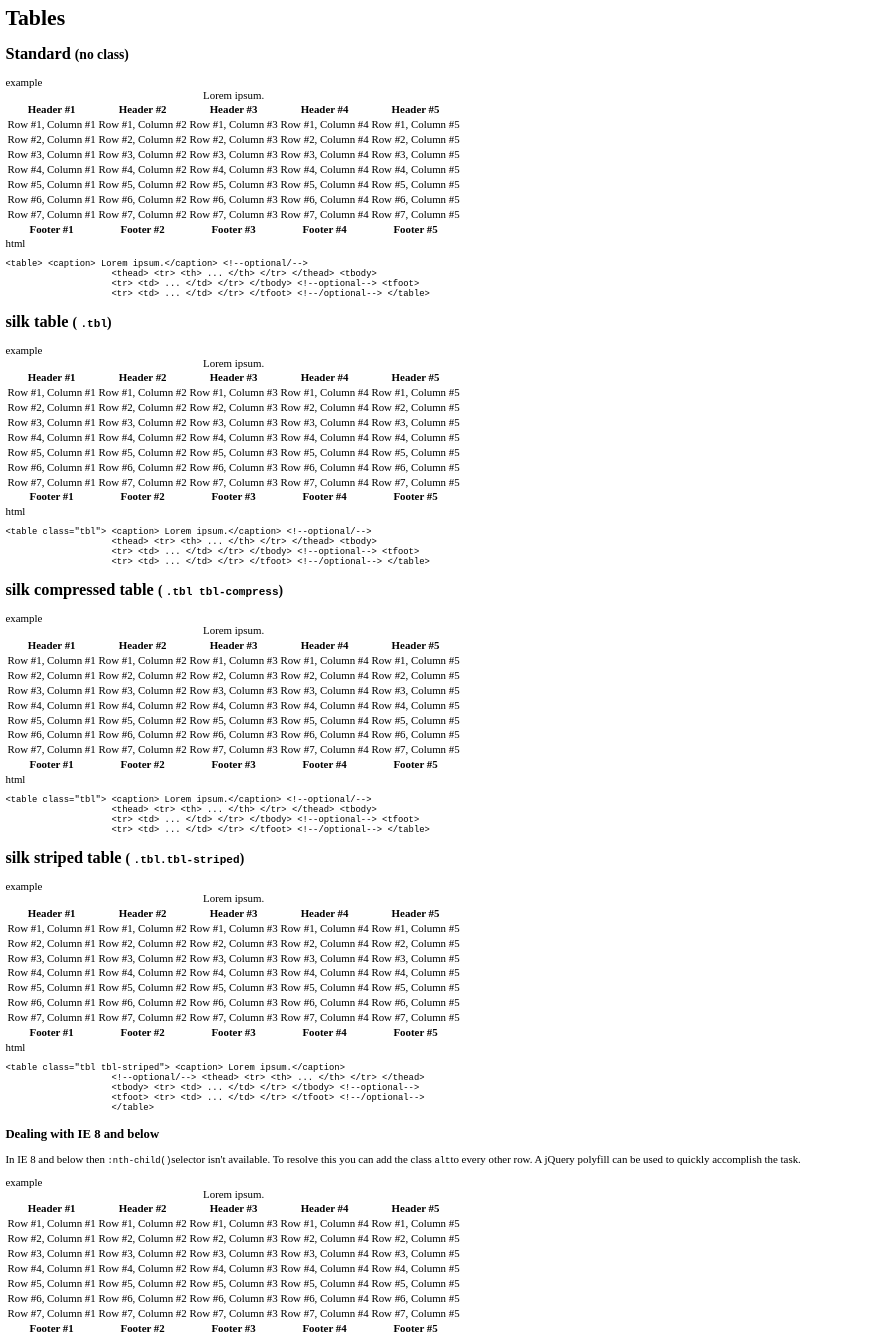
Repository: sympolinc/silk
Page: http://localhost/views/tables.php
The author's editor kept a record of every edit. The page is drawn from the files as they stood at one moment, then again after the next edit.
The browser window is 1280 px wide. The pictures show the whole page, at 68% of full size.
The page is run by PHP 8.4 with error messages shown; the project is at /var/www/html/.

Above is the page before.

### views/tables.php
<div class="section">
    <h1>Tables</h1>
    <div class="section">
        <h2>Standard
            <small>(no class)</small>
        </h2>
        <div class="silk-example">
            <span class="lang">example</span>
            <table id="">
                <caption>Lorem ipsum.</caption>
                <thead>
                    <tr>
                        <th>Header #1</th>
                        <th>Header #2</th>
                        <th>Header #3</th>
                        <th>Header #4</th>
                        <th>Header #5</th>
                    </tr>
                </thead>
                <tbody>
                    <tr>
                        <td>Row #1, Column #1</td>
                        <td>Row #1, Column #2</td>
                        <td>Row #1, Column #3</td>
                        <td>Row #1, Column #4</td>
                        <td>Row #1, Column #5</td>
                    </tr>
                    <tr>
                        <td>Row #2, Column #1</td>
                        <td>Row #2, Column #2</td>
                        <td>Row #2, Column #3</td>
                        <td>Row #2, Column #4</td>
                        <td>Row #2, Column #5</td>
                    </tr>
                    <tr>
                        <td>Row #3, Column #1</td>
                        <td>Row #3, Column #2</td>
                        <td>Row #3, Column #3</td>
                        <td>Row #3, Column #4</td>
                        <td>Row #3, Column #5</td>
                    </tr>
                    <tr>
                        <td>Row #4, Column #1</td>
                        <td>Row #4, Column #2</td>
                        <td>Row #4, Column #3</td>
                        <td>Row #4, Column #4</td>
                        <td>Row #4, Column #5</td>
                    </tr>
                    <tr>
                        <td>Row #5, Column #1</td>
                        <td>Row #5, Column #2</td>
                        <td>Row #5, Column #3</td>
                        <td>Row #5, Column #4</td>
                        <td>Row #5, Column #5</td>
                    </tr>
                    <tr>
                        <td>Row #6, Column #1</td>
                        <td>Row #6, Column #2</td>
                        <td>Row #6, Column #3</td>
                        <td>Row #6, Column #4</td>
                        <td>Row #6, Column #5</td>
                    </tr>
                    <tr>
                        <td>Row #7, Column #1</td>
                        <td>Row #7, Column #2</td>
                        <td>Row #7, Column #3</td>
                        <td>Row #7, Column #4</td>
                        <td>Row #7, Column #5</td>
                    </tr>
                </tbody>
                <tfoot>
                    <tr>
                        <th>Footer #1</th>
                        <th>Footer #2</th>
                        <th>Footer #3</th>
                        <th>Footer #4</th>
                        <th>Footer #5</th>
                    </tr>
                </tfoot>
            </table>
            <div class="silk-example example">
                <span class="lang">html</span>
                <pre class="prettyprint lang-html">&lt;table> &lt;caption> Lorem ipsum.&lt;/caption> &lt;!--optional/-->
                    &lt;thead> &lt;tr> &lt;th> ... &lt;/th> &lt;/tr> &lt;/thead> &lt;tbody>
                    &lt;tr> &lt;td> ... &lt;/td> &lt;/tr> &lt;/tbody> &lt;!--optional--> &lt;tfoot>
                    &lt;tr> &lt;td> ... &lt;/td> &lt;/tr> &lt;/tfoot> &lt;!--/optional--> &lt;/table></pre>
            </div>
        </div>
    </div>
    <div class="section">
        <h2>silk table
            <small>(
                <code>.tbl</code>)</small>
        </h2>
        <div class="silk-example">
            <span class="lang">example</span>
            <table id="">
                <caption>Lorem ipsum.</caption>
                <thead>
                    <tr>
                        <th>Header #1</th>
                        <th>Header #2</th>
                        <th>Header #3</th>
                        <th>Header #4</th>
                        <th>Header #5</th>
                    </tr>
                </thead>
                <tbody>
                    <tr>
                        <td>Row #1, Column #1</td>
                        <td>Row #1, Column #2</td>
                        <td>Row #1, Column #3</td>
                        <td>Row #1, Column #4</td>
                        <td>Row #1, Column #5</td>
                    </tr>
                    <tr>
                        <td>Row #2, Column #1</td>
                        <td>Row #2, Column #2</td>
                        <td>Row #2, Column #3</td>
                        <td>Row #2, Column #4</td>
                        <td>Row #2, Column #5</td>
                    </tr>
                    <tr>
                        <td>Row #3, Column #1</td>
                        <td>Row #3, Column #2</td>
                        <td>Row #3, Column #3</td>
                        <td>Row #3, Column #4</td>
                        <td>Row #3, Column #5</td>
                    </tr>
                    <tr>
                        <td>Row #4, Column #1</td>
                        <td>Row #4, Column #2</td>
                        <td>Row #4, Column #3</td>
                        <td>Row #4, Column #4</td>
                        <td>Row #4, Column #5</td>
                    </tr>
                    <tr>
                        <td>Row #5, Column #1</td>
                        <td>Row #5, Column #2</td>
                        <td>Row #5, Column #3</td>
                        <td>Row #5, Column #4</td>
                        <td>Row #5, Column #5</td>
                    </tr>
                    <tr>
                        <td>Row #6, Column #1</td>
                        <td>Row #6, Column #2</td>
                        <td>Row #6, Column #3</td>
                        <td>Row #6, Column #4</td>
                        <td>Row #6, Column #5</td>
                    </tr>
                    <tr>
                        <td>Row #7, Column #1</td>
                        <td>Row #7, Column #2</td>
                        <td>Row #7, Column #3</td>
                        <td>Row #7, Column #4</td>
                        <td>Row #7, Column #5</td>
                    </tr>
                </tbody>
                <tfoot>
                    <tr>
                        <th>Footer #1</th>
                        <th>Footer #2</th>
                        <th>Footer #3</th>
                        <th>Footer #4</th>
                        <th>Footer #5</th>
                    </tr>
                </tfoot>
            </table>
            <div class="silk-example example">
                <span class="lang">html</span>
                <pre class="prettyprint lang-html">&lt;table class="tbl"> &lt;caption> Lorem ipsum.&lt;/caption> &lt;!--optional/-->
                    &lt;thead> &lt;tr> &lt;th> ... &lt;/th> &lt;/tr> &lt;/thead> &lt;tbody>
                    &lt;tr> &lt;td> ... &lt;/td> &lt;/tr> &lt;/tbody> &lt;!--optional--> &lt;tfoot>
                    &lt;tr> &lt;td> ... &lt;/td> &lt;/tr> &lt;/tfoot> &lt;!--/optional--> &lt;/table></pre>
            </div>
        </div>
    </div>
    <div class="section">
        <h2>silk compressed table
            <small>(
                <code>.tbl tbl-compress</code>)</small>
        </h2>
        <div class="silk-example">
            <span class="lang">example</span>
            <table id="">
                <caption>Lorem ipsum.</caption>
                <thead>
                    <tr>
                        <th>Header #1</th>
                        <th>Header #2</th>
                        <th>Header #3</th>
                        <th>Header #4</th>
                        <th>Header #5</th>
                    </tr>
                </thead>
                <tbody>
                    <tr>
                        <td>Row #1, Column #1</td>
                        <td>Row #1, Column #2</td>
                        <td>Row #1, Column #3</td>
                        <td>Row #1, Column #4</td>
                        <td>Row #1, Column #5</td>
                    </tr>
                    <tr>
                        <td>Row #2, Column #1</td>
                        <td>Row #2, Column #2</td>
                        <td>Row #2, Column #3</td>
                        <td>Row #2, Column #4</td>
                        <td>Row #2, Column #5</td>
                    </tr>
                    <tr>
                        <td>Row #3, Column #1</td>
                        <td>Row #3, Column #2</td>
                        <td>Row #3, Column #3</td>
                        <td>Row #3, Column #4</td>
                        <td>Row #3, Column #5</td>
                    </tr>
                    <tr>
                        <td>Row #4, Column #1</td>
                        <td>Row #4, Column #2</td>
                        <td>Row #4, Column #3</td>
                        <td>Row #4, Column #4</td>
                        <td>Row #4, Column #5</td>
                    </tr>
                    <tr>
                        <td>Row #5, Column #1</td>
                        <td>Row #5, Column #2</td>
                        <td>Row #5, Column #3</td>
                        <td>Row #5, Column #4</td>
                        <td>Row #5, Column #5</td>
                    </tr>
                    <tr>
                        <td>Row #6, Column #1</td>
                        <td>Row #6, Column #2</td>
                        <td>Row #6, Column #3</td>
                        <td>Row #6, Column #4</td>
                        <td>Row #6, Column #5</td>
                    </tr>
                    <tr>
                        <td>Row #7, Column #1</td>
                        <td>Row #7, Column #2</td>
                        <td>Row #7, Column #3</td>
                        <td>Row #7, Column #4</td>
                        <td>Row #7, Column #5</td>
                    </tr>
                </tbody>
                <tfoot>
                    <tr>
                        <th>Footer #1</th>
                        <th>Footer #2</th>
                        <th>Footer #3</th>
                        <th>Footer #4</th>
                        <th>Footer #5</th>
                    </tr>
                </tfoot>
            </table>
            <div class="silk-example example">
                <span class="lang">html</span>
                <pre class="prettyprint lang-html">&lt;table class="tbl"> &lt;caption> Lorem ipsum.&lt;/caption> &lt;!--optional/-->
                    &lt;thead> &lt;tr> &lt;th> ... &lt;/th> &lt;/tr> &lt;/thead> &lt;tbody>
                    &lt;tr> &lt;td> ... &lt;/td> &lt;/tr> &lt;/tbody> &lt;!--optional--> &lt;tfoot>
                    &lt;tr> &lt;td> ... &lt;/td> &lt;/tr> &lt;/tfoot> &lt;!--/optional--> &lt;/table></pre>
            </div>
        </div>
    </div>
    <div class="section">
        <h2>silk striped table
            <small>(
                <code>.tbl.tbl-striped</code>)</small>
        </h2>
        <div class="silk-example">
            <span class="lang">example</span>
            <table id="" class="tbl tbl-striped">
                <caption>Lorem ipsum.</caption>
                <thead>
                    <tr>
                        <th>Header #1</th>
                        <th>Header #2</th>
                        <th>Header #3</th>
                        <th>Header #4</th>
                        <th>Header #5</th>
                    </tr>
                </thead>
                <tbody>
                    <tr>
                        <td>Row #1, Column #1</td>
                        <td>Row #1, Column #2</td>
                        <td>Row #1, Column #3</td>
                        <td>Row #1, Column #4</td>
                        <td>Row #1, Column #5</td>
                    </tr>
                    <tr>
                        <td>Row #2, Column #1</td>
                        <td>Row #2, Column #2</td>
                        <td>Row #2, Column #3</td>
                        <td>Row #2, Column #4</td>
                        <td>Row #2, Column #5</td>
                    </tr>
                    <tr>
                        <td>Row #3, Column #1</td>
                        <td>Row #3, Column #2</td>
                        <td>Row #3, Column #3</td>
                        <td>Row #3, Column #4</td>
                        <td>Row #3, Column #5</td>
                    </tr>
                    <tr>
                        <td>Row #4, Column #1</td>
                        <td>Row #4, Column #2</td>
                        <td>Row #4, Column #3</td>
                        <td>Row #4, Column #4</td>
                        <td>Row #4, Column #5</td>
                    </tr>
                    <tr>
                        <td>Row #5, Column #1</td>
                        <td>Row #5, Column #2</td>
                        <td>Row #5, Column #3</td>
                        <td>Row #5, Column #4</td>
                        <td>Row #5, Column #5</td>
                    </tr>
                    <tr>
                        <td>Row #6, Column #1</td>
                        <td>Row #6, Column #2</td>
                        <td>Row #6, Column #3</td>
                        <td>Row #6, Column #4</td>
                        <td>Row #6, Column #5</td>
                    </tr>
                    <tr>
                        <td>Row #7, Column #1</td>
                        <td>Row #7, Column #2</td>
                        <td>Row #7, Column #3</td>
                        <td>Row #7, Column #4</td>
                        <td>Row #7, Column #5</td>
                    </tr>
                </tbody>
                <tfoot>
                    <tr>
                        <th>Footer #1</th>
                        <th>Footer #2</th>
                        <th>Footer #3</th>
                        <th>Footer #4</th>
                        <th>Footer #5</th>
                    </tr>
                </tfoot>
            </table>
            <div class="silk-example example">
                <span class="lang">html</span>
                <pre class="prettyprint lang-html">&lt;table class="tbl tbl-striped"> &lt;caption> Lorem ipsum.&lt;/caption>
                    &lt;!--optional/--> &lt;thead> &lt;tr> &lt;th> ... &lt;/th> &lt;/tr> &lt;/thead>
                    &lt;tbody> &lt;tr> &lt;td> ... &lt;/td> &lt;/tr> &lt;/tbody> &lt;!--optional-->
                    &lt;tfoot> &lt;tr> &lt;td> ... &lt;/td> &lt;/tr> &lt;/tfoot> &lt;!--/optional-->
                    &lt;/table></pre>
            </div>
            <div class="section">
                <h3>Dealing with IE 8 and below</h3>
                <p>In IE 8 and below then
                    <code>:nth-child()</code>selector isn't available. To resolve this you can add
                    the class
                    <code>alt</code>to every other row. A jQuery polyfill can be used to quickly
                    accomplish the task.</p>
                <div class="silk-example">
                    <span class="lang">example</span>
                    <table id="ie8_no_zebras" class="tbl">
                        <caption>Lorem ipsum.</caption>
                        <thead>
                            <tr>
                                <th>Header #1</th>
                                <th>Header #2</th>
                                <th>Header #3</th>
                                <th>Header #4</th>
                                <th>Header #5</th>
                            </tr>
                        </thead>
                        <tbody>
                            <tr>
                                <td>Row #1, Column #1</td>
                                <td>Row #1, Column #2</td>
                                <td>Row #1, Column #3</td>
                                <td>Row #1, Column #4</td>
                                <td>Row #1, Column #5</td>
                            </tr>
                            <tr>
                                <td>Row #2, Column #1</td>
                                <td>Row #2, Column #2</td>
                                <td>Row #2, Column #3</td>
                                <td>Row #2, Column #4</td>
                                <td>Row #2, Column #5</td>
                            </tr>
                            <tr>
                                <td>Row #3, Column #1</td>
                                <td>Row #3, Column #2</td>
                                <td>Row #3, Column #3</td>
                                <td>Row #3, Column #4</td>
                                <td>Row #3, Column #5</td>
                            </tr>
                            <tr>
                                <td>Row #4, Column #1</td>
                                <td>Row #4, Column #2</td>
                                <td>Row #4, Column #3</td>
                                <td>Row #4, Column #4</td>
                                <td>Row #4, Column #5</td>
                            </tr>
                            <tr>
                                <td>Row #5, Column #1</td>
                                <td>Row #5, Column #2</td>
                                <td>Row #5, Column #3</td>
                                <td>Row #5, Column #4</td>
                                <td>Row #5, Column #5</td>
                            </tr>
                            <tr>
                                <td>Row #6, Column #1</td>
                                <td>Row #6, Column #2</td>
                                <td>Row #6, Column #3</td>
                                <td>Row #6, Column #4</td>
                                <td>Row #6, Column #5</td>
                            </tr>
                            <tr>
                                <td>Row #7, Column #1</td>
                                <td>Row #7, Column #2</td>
                                <td>Row #7, Column #3</td>
                                <td>Row #7, Column #4</td>
                                <td>Row #7, Column #5</td>
                            </tr>
                        </tbody>
                        <tfoot>
                            <tr>
                                <th>Footer #1</th>
                                <th>Footer #2</th>
                                <th>Footer #3</th>
                                <th>Footer #4</th>
                                <th>Footer #5</th>
                            </tr>
                        </tfoot>
                    </table>
                </div>
            </div>
        </div>
    </div>
</div>

After the next edit:
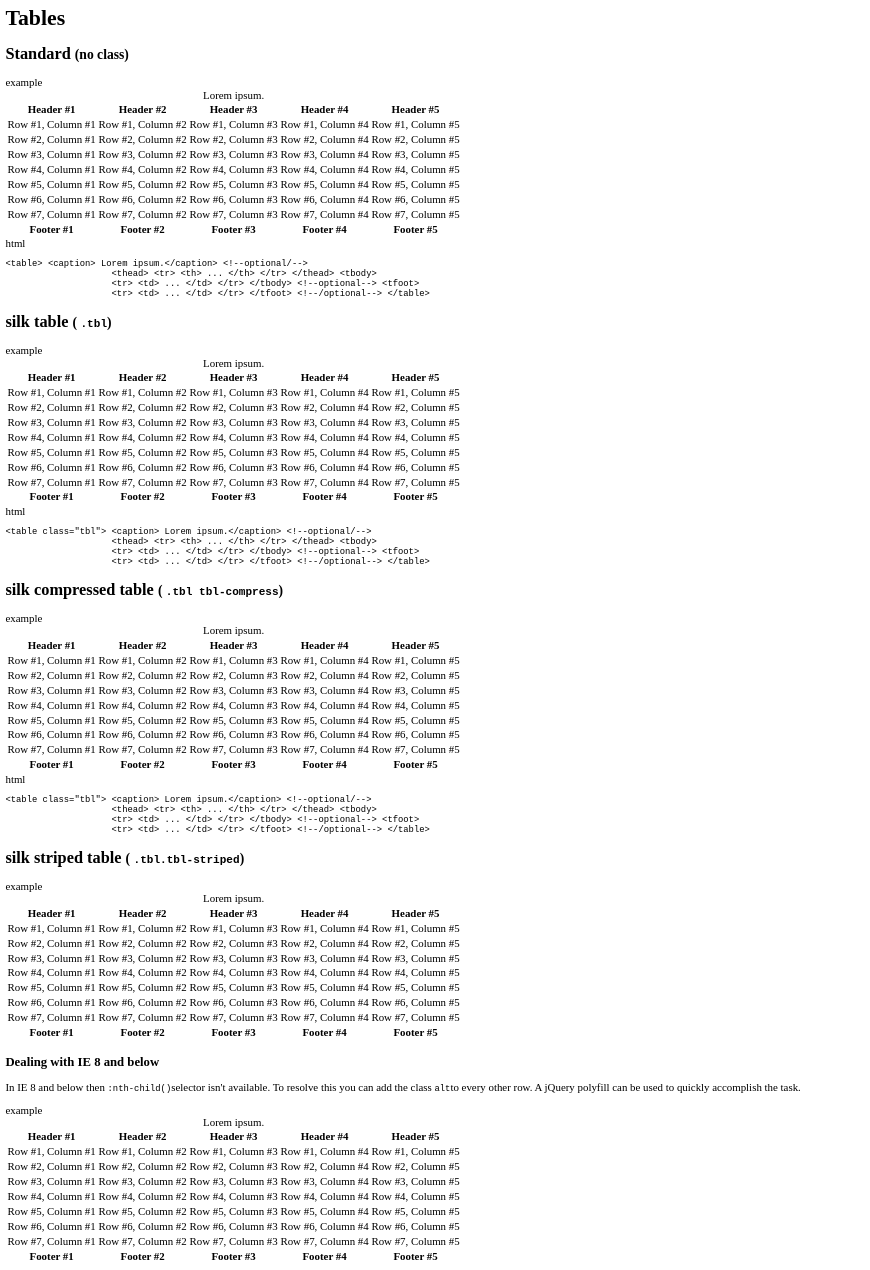
The edit:
--- a/views/tables.php
+++ b/views/tables.php
@@ -342,14 +342,6 @@
                     </tr>
                 </tfoot>
             </table>
-            <div class="silk-example example">
-                <span class="lang">html</span>
-                <pre class="prettyprint lang-html">&lt;table class="tbl tbl-striped"> &lt;caption> Lorem ipsum.&lt;/caption>
-                    &lt;!--optional/--> &lt;thead> &lt;tr> &lt;th> ... &lt;/th> &lt;/tr> &lt;/thead>
-                    &lt;tbody> &lt;tr> &lt;td> ... &lt;/td> &lt;/tr> &lt;/tbody> &lt;!--optional-->
-                    &lt;tfoot> &lt;tr> &lt;td> ... &lt;/td> &lt;/tr> &lt;/tfoot> &lt;!--/optional-->
-                    &lt;/table></pre>
-            </div>
             <div class="section">
                 <h3>Dealing with IE 8 and below</h3>
                 <p>In IE 8 and below then
